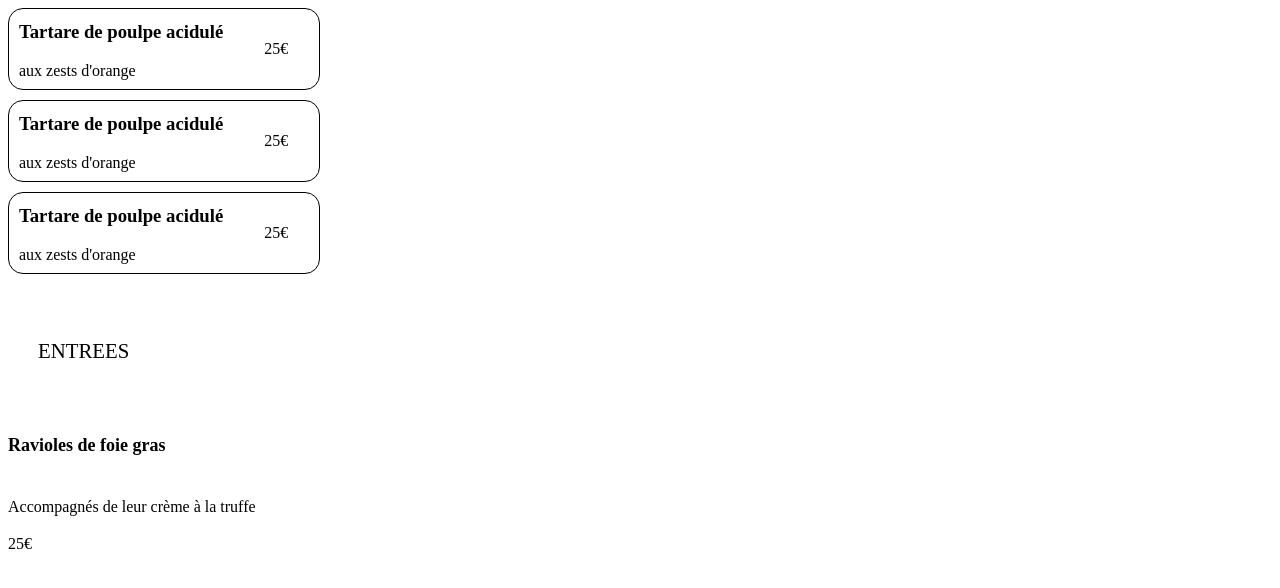
Repository: lysianebo/OHMYFOOD
Page: sass/layout/perso/snipped.html
These files come from the project's save history. The page is drawn as it stood at one moment and after the next save; the edit follows.
The browser window is 1280 px wide. The pictures show the whole page.
Some web fonts or font styles are not loaded; a fallback is used. Some web libraries are served in a nearby version.

Above is the page before, as saved 2022-11-16 04:12:09.

After the next save:
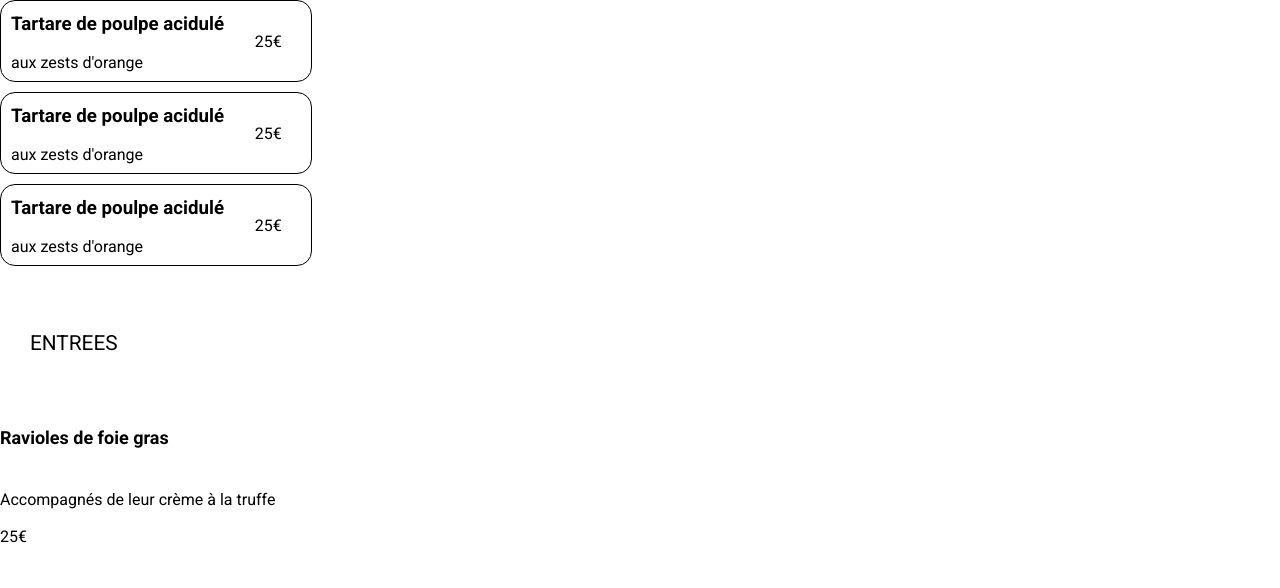
Saved 47 s later.
--- a/sass/layout/perso/snipped.css
+++ b/sass/layout/perso/snipped.css
@@ -89,7 +89,11 @@
     width: 180px;
   }
 /* ***************typography   */
-
+body{
+    font-family: Roboto, sans-serif;
+    font-size: 16px;
+    margin:0;
+    padding: 0;
 
 h5 {
     text-transform: uppercase;
